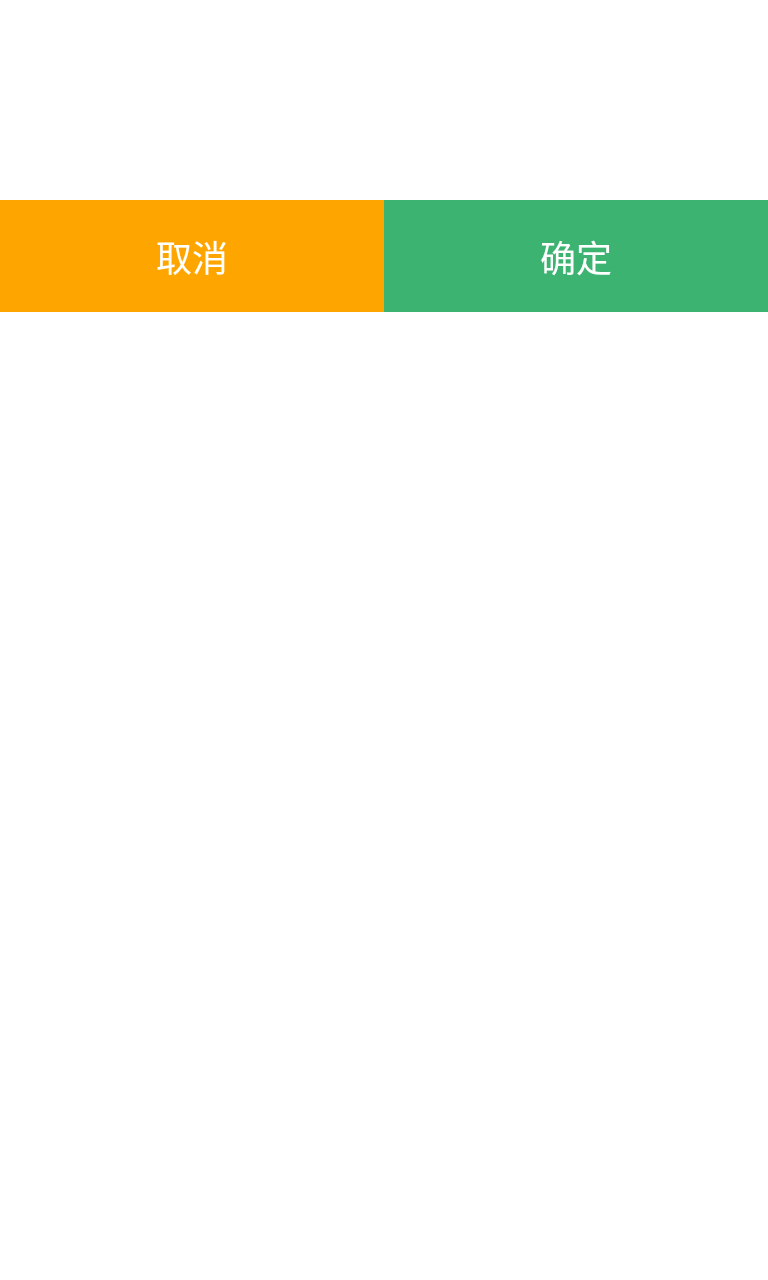
Repository: blanks1314/sysnc_android
Layout: UpayDemo/res/layout/dialog_error.xml
These files come from the project's save history. The layout is drawn as it stood at one moment and after the next save; the edit follows.
It is drawn on a 768 x 1280 px phone screen (xhdpi) without system bars, with theme AppTheme; the app's code is not run.

Above is the layout before, as saved 2015-05-04 07:07:39.

### UpayDemo/res/layout/dialog_error.xml
<?xml version="1.0" encoding="utf-8"?>
<LinearLayout xmlns:android="http://schemas.android.com/apk/res/android"
    android:layout_width="match_parent"
    android:layout_height="match_parent"
    android:orientation="vertical" >

    <TextView
        android:id="@+id/tvContent"
        android:layout_width="match_parent"
        android:layout_height="wrap_content"
        android:minHeight="100dp"
        android:gravity="center" />

    <LinearLayout
        android:layout_width="match_parent"
        android:layout_height="56dp"
        android:orientation="horizontal" >

        <TextView
            android:id="@+id/tvCancel"
            android:layout_width="0dp"
            android:layout_height="wrap_content"
            android:layout_weight="1"
            android:background="@color/btn_selecter_2"
            android:gravity="center"
            android:paddingBottom="15dp"
            android:paddingTop="15dp"
            android:text="取消"
            android:textColor="@color/white"
            android:textSize="18sp" />

        <TextView
            android:id="@+id/tvOk"
            android:layout_width="0dp"
            android:layout_height="wrap_content"
            android:layout_weight="1"
            android:background="@color/btn_selecter_1"
            android:gravity="center"
            android:paddingBottom="15dp"
            android:paddingTop="15dp"
            android:text="确定"
            android:textColor="@color/white"
            android:textSize="18sp" />
    </LinearLayout>

</LinearLayout>

### UpayDemo/res/values/styles.xml
<resources xmlns:android="http://schemas.android.com/apk/res/android">

    <!--
        Base application theme, dependent on API level. This theme is replaced
        by AppBaseTheme from res/values-vXX/styles.xml on newer devices.













    -->
    <style name="AppBaseTheme" parent="Theme.AppCompat.Light">
        <!--
            Theme customizations available in newer API levels can go in
            res/values-vXX/styles.xml, while customizations related to
            backward-compatibility can go here.













        -->
    </style>

    <!-- Application theme. -->
    <!--
    <style name="AppTheme" parent="AppBaseTheme">
        All customizations that are NOT specific to a particular API-level can go here.
    </style>








    -->

    <style name="AppTheme" parent="Theme.AppCompat.Light">
        <item name="tabView">@style/TabView</item>
        <item name="tabPageIndicator">@style/TabIndicator</item>
    </style>

    <style name="TabIndicator" />

    <style name="TabView">
        <item name="android:addStatesFromChildren">true</item>
        <item name="android:orientation">vertical</item>
        <item name="android:gravity">bottom|center_horizontal</item>
        <item name="android:layout_width">0dp</item>
        <item name="android:background">@android:color/white</item>
        <item name="android:layout_height">match_parent</item>
    </style>

    <style name="text_style_1">
        <item name="android:textSize">16sp</item>
        <item name="android:layout_width">0dp</item>
        <item name="android:layout_weight">1</item>
        <item name="android:layout_height">fill_parent</item>
        <item name="android:gravity">center_vertical</item>
        <item name="android:ellipsize">marquee</item>
        <item name="android:singleLine">true</item>
    </style>

    <style name="edit_style_1">
        <item name="android:textSize">16sp</item>
        <item name="android:layout_width">0dp</item>
        <item name="android:layout_weight">1</item>
        <item name="android:layout_height">fill_parent</item>
        <item name="android:gravity">center_vertical</item>
    </style>

    <style name="spn_style_1">
        <item name="android:textSize">10sp</item>
        <item name="android:layout_width">wrap_content</item>
        <item name="android:layout_height">fill_parent</item>
    </style>

    <style name="linear_style_1">
        <item name="android:layout_width">match_parent</item>
        <item name="android:gravity">center_vertical</item>
        <item name="android:layout_height">40dp</item>
        <item name="android:orientation">horizontal</item>
        <item name="android:layout_marginLeft">5dp</item>
        <item name="android:layout_marginRight">5dp</item>
        <item name="android:layout_marginTop">10dp</item>
    </style>

    <style name="img_btn_1">
        <item name="android:layout_width">wrap_content</item>
        <item name="android:layout_height">wrap_content</item>
        <item name="android:padding">10dp</item>
    </style>

    <style name="btn_style_1">
        <item name="android:layout_width">200dp</item>
        <item name="android:layout_height">wrap_content</item>
        <item name="android:background">@drawable/btn_selecter</item>
        <item name="android:textColor">@color/white</item>
        <item name="android:layout_marginTop">10dp</item>
    </style>

    <style name="btn_style_2">
        <item name="android:layout_width">100dp</item>
        <item name="android:layout_height">wrap_content</item>
        <item name="android:background">@drawable/btn_selecter</item>
        <item name="android:textColor">@color/white</item>
        <item name="android:layout_marginTop">10dp</item>
    </style>

    <style name="loading_dialog" parent="android:style/Theme.Dialog">
        <item name="android:windowFrame">@null</item>
        <item name="android:windowNoTitle">true</item>
        <item name="android:windowIsFloating">true</item>
        <item name="android:windowContentOverlay">@null</item>
        <item name="android:windowBackground">@android:color/transparent</item>
        <item name="android:background">#00000000</item>
 <!-- 设置自定义布局的背景透明 -->
    </style>

    <style name="error_dialog" parent="@android:style/Theme.Dialog">

                　　        <item name="android:windowFrame">@null</item>

                　　        <item name="android:windowIsFloating">true</item>

                　　        <item name="android:windowIsTranslucent">false</item>

                　　        <item name="android:windowNoTitle">true</item>

                　　        <item name="android:background">@android:color/white</item>

                　　        <item name="android:windowBackground">@null</item>

                　　        <item name="android:backgroundDimEnabled">false</item>
        <item name="android:textColor">@android:color/black</item>
    </style>

</resources>

### UpayDemo/res/values/attrs.xml
<?xml version="1.0" encoding="utf-8"?>
<resources>
    <declare-styleable name="TabView">
        <attr name="tabPageIndicator" format="reference" />
        <attr name="tabView" format="reference" />
    </declare-styleable>

    <string-array name="currTypes">
        <item >RMB(156)</item>
    </string-array>
</resources>

### UpayDemo/res/values/color.xml
<?xml version="1.0" encoding="utf-8"?>
<resources>

    <color name="white">#FFFFFF</color>
    <color name="tab_text_normal">#696969</color>
    <color name="tab_text_selected">#73bf40</color>
    <color name="btn_selecter_1">#3CB371</color>
    <color name="btn_selecter_2">#FFA500</color>
    <color name="text_result">#F5FFFA</color>
    <color name="gray">#dcdcdc</color>

</resources>

Loaded but not shown: UpayDemo/res/values-v11/styles.xml (common file); UpayDemo/res/values-v14/styles.xml (common file); UpayDemo/res/values/values.xml (657 lines, source omitted)

After the next save:
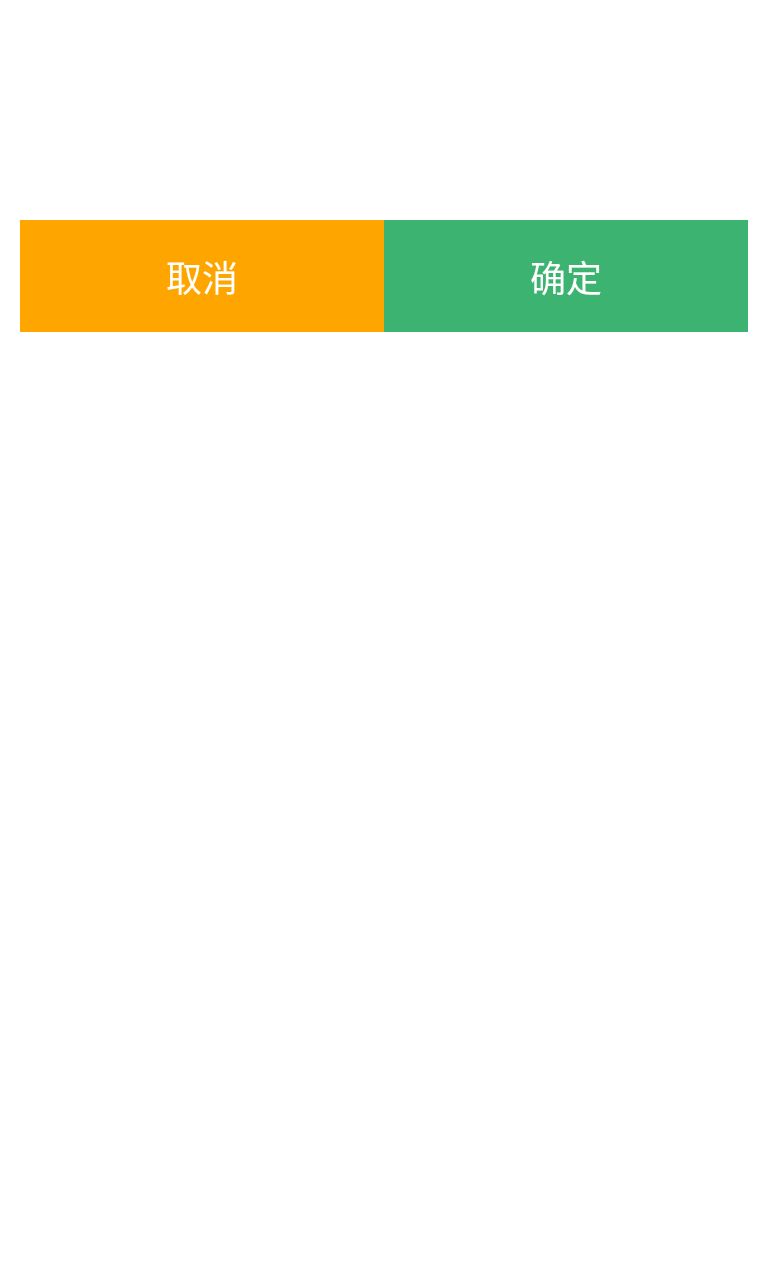
Saved 17 s later.
--- a/UpayDemo/res/layout/dialog_error.xml
+++ b/UpayDemo/res/layout/dialog_error.xml
@@ -2,7 +2,8 @@
 <LinearLayout xmlns:android="http://schemas.android.com/apk/res/android"
     android:layout_width="match_parent"
     android:layout_height="match_parent"
-    android:orientation="vertical" >
+    android:orientation="vertical"
+    android:padding="10dp" >
 
     <TextView
         android:id="@+id/tvContent"

After the save that followed:
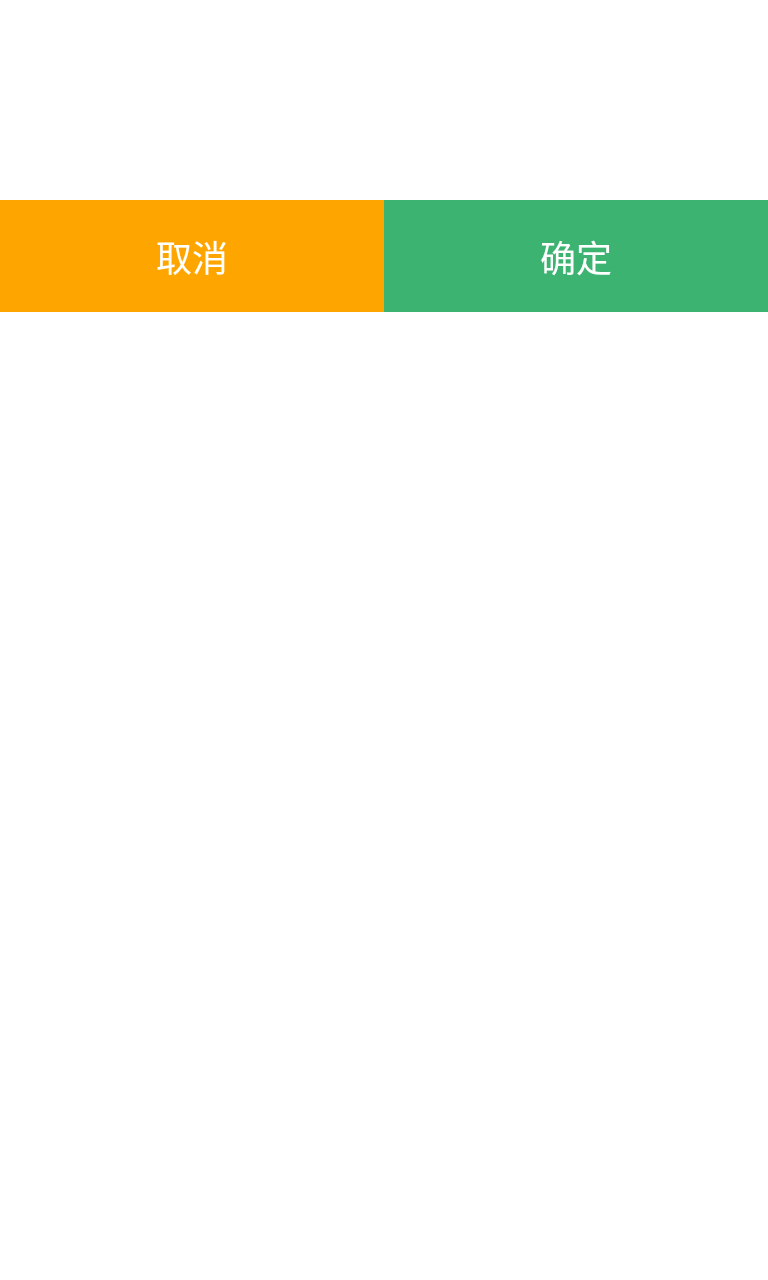
Saved 10 min 47 s later.
--- a/UpayDemo/res/layout/dialog_error.xml
+++ b/UpayDemo/res/layout/dialog_error.xml
@@ -2,15 +2,15 @@
 <LinearLayout xmlns:android="http://schemas.android.com/apk/res/android"
     android:layout_width="match_parent"
     android:layout_height="match_parent"
-    android:orientation="vertical"
-    android:padding="10dp" >
+    android:background="@android:color/white"
+    android:orientation="vertical" >
 
     <TextView
         android:id="@+id/tvContent"
         android:layout_width="match_parent"
         android:layout_height="wrap_content"
-        android:minHeight="100dp"
-        android:gravity="center" />
+        android:gravity="center"
+        android:minHeight="100dp" />
 
     <LinearLayout
         android:layout_width="match_parent"
